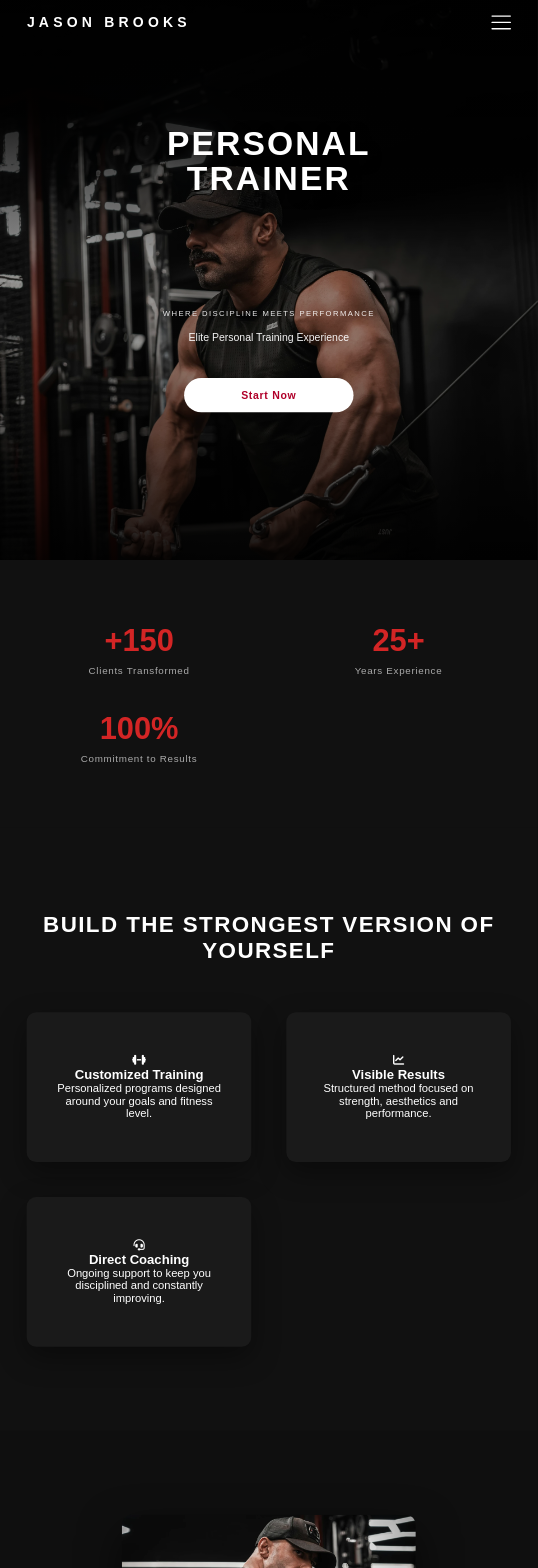
Repository: davidfsillva/Jason-Brooks
Page: index.html
An editor plug-in stored every save of this project. The page is shown before and after a run of saves, followed by the edit.
The browser window is 768 px wide. The pictures show the part of the page from y = 0 to 2240 px (the page is 3913 px tall), at 70% of full size.
Some web fonts or font styles are not loaded; a fallback is used.

Above is the page before, as saved 2026-02-21 17:25:08.

### index.html
<!DOCTYPE html>
<html lang="en">
<head>
    <!-- META SEO -->
    <meta charset="UTF-8">
    <meta name="viewport" content="width=device-width, initial-scale=1.0">

    <title>Axon Performance | Personal Trainer</title>
    <meta name="description" content="Personal trainer focused on performance, aesthetics and real physical transformation. Customized training programs for serious results.">

    <!-- Open Graph -->
    <meta property="og:title" content="Axon Performance | Personal Trainer">
    <meta property="og:description" content="Customized training programs focused on performance and transformation.">
    <meta property="og:type" content="website">
    <meta property="og:image" content="https://yourdomain.com/preview.jpg">

    <!-- Font Awesome (removido duplicado) -->
    <link rel="stylesheet" href="https://cdnjs.cloudflare.com/ajax/libs/font-awesome/6.5.1/css/all.min.css">

    <!-- Canonical -->
    <link rel="canonical" href="https://yourdomain.com/">

    <!-- CSS -->
    <link rel="stylesheet" href="style.css">

    <!-- JS -->
    <script src="script.js" defer></script>
</head>

<body>

    <!-- ================= HEADER ================= -->
    <header class="header">
        <div class="container nav-container">
            <div class="logo">JASON BROOKS </div>

            <nav class="nav" id="nav">
                <a href="#home" class="active">Home</a>
                <a href="#benefits">Benefits</a>
                <a href="#about">About</a>
                <a href="#contact">Contact</a>
            </nav>

            <button
                class="menu-toggle"
                id="menu-toggle"
                aria-label="Toggle navigation menu"
                aria-expanded="false">

                <span class="hamburger">
                    <span></span>
                    <span></span>
                    <span></span>
                </span>

            </button>
        </div>
    </header>

    <!-- ================= HERO ================= -->
    <section class="hero">

        <div class="hero-overlay"></div>

        <div class="hero-content">

            <h1>PERSONAL<br>TRAINER</h1>

            <p class="hero-small">Where Discipline Meets Performance</p>

            <p class="hero-sub">Elite Personal Training Experience</p>
            <a href="#" class="btn-primary">Start Now</a>
        </div>

    </section>

    <!-- ================= STATS ================= -->
    <section class="stats">
        <div class="container stats-grid">
            <div class="stat-item">
                <h3>+150</h3>
                <p>Clients Transformed</p>
            </div>
            <div class="stat-item">
                <h3>25+</h3>
                <p>Years Experience</p>
            </div>
            <div class="stat-item">
                <h3>100%</h3>
                <p>Commitment to Results</p>
            </div>
        </div>
    </section>

    <!-- ================= BENEFITS ================= -->
    <section class="benefits" id="benefits">
        <div class="container">
            <h2 class="section-title fade-in">Build the Strongest Version of Yourself</h2>

            <div class="benefits-grid">

                <div class="benefit-card fade-in">
                    <i class="fa-solid fa-dumbbell"></i>
                    <h3>Customized Training</h3>
                    <p>Personalized programs designed around your goals and fitness level.</p>
                </div>

                <div class="benefit-card fade-in">
                    <i class="fa-solid fa-chart-line"></i>
                    <h3>Visible Results</h3>
                    <p>Structured method focused on strength, aesthetics and performance.</p>
                </div>

                <div class="benefit-card fade-in">
                    <i class="fa-solid fa-headset"></i>
                    <h3>Direct Coaching</h3>
                    <p>Ongoing support to keep you disciplined and constantly improving.</p>
                </div>

            </div>
        </div>
    </section>

    <!-- ================= ABOUT ================= -->
    <section class="about" id="about">
        <div class="container about-container fade-in">

            <div class="about-image">
                <img src="img/hero2.webp" alt="Professional personal trainer coaching client">
            </div>

            <div class="about-text">
                <h2>About Jason Performance</h2>
                <p>
                    Specialist in body transformation and high performance training.
                    My methodology is built on discipline, science and measurable progress.
                </p>
                <p>
                    If you're serious about real, consistent results,
                    this is where your next level begins.
                </p>
                <a href="#contact" class="btn-secondary">Work With Me</a>
            </div>

        </div>
    </section>

    <!-- ================= CTA ================= -->
    <section class="cta" id="contact">
        <div class="container fade-in">
            <h2>Ready to Elevate Your Performance?</h2>
            <p>Fill out the form below and start your transformation today.</p>

            <form id="contact-form" class="contact-form" novalidate>
                <input
                    type="text"
                    id="name"
                    placeholder="Your Name"
                    required
                    aria-label="Your Name">

                <input
                    type="email"
                    id="email"
                    placeholder="Your Email"
                    required
                    aria-label="Your Email">

                <button type="submit" class="btn-primary">
                    Start Now
                </button>

                <p id="form-message" role="alert"></p>
            </form>
        </div>
    </section>

    <!-- ================= FOOTER ================= -->
    <footer class="footer">
        <p>© 2026 Jason Brooks - All Rights Reserved</p>
    </footer>

</body>
</html>

### style.css
/* ================= FONT ================= */
@font-face {
    font-family: 'TT Answer';
    src: url('fonts/TTAnswer-Regular.woff2') format('woff2');
    font-weight: 400;
    font-style: normal;
}

@font-face {
    font-family: 'TT Answer';
    src: url('fonts/TTAnswer-Medium.woff2') format('woff2');
    font-weight: 500;
    font-style: normal;
}

@font-face {
    font-family: 'TT Answer';
    src: url('fonts/TTAnswer-Bold.woff2') format('woff2');
    font-weight: 700;
    font-style: normal;
}


/* ================= DESIGN SYSTEM ================= */
:root {
    --primary: #b0002a;
    --primary-light: #d32525;
    --dark: #0f0f0f;
    --dark-light: #1a1a1a;
    --text: #ffffff;
    --text-muted: #aaaaaa;
    --radius: 14px;
    --transition: 0.3s ease;
}


/* ================= RESET ================= */
* {
    margin: 0;
    padding: 0;
    box-sizing: border-box;
}

body {
    font-family: 'Playfair Display', sans-serif;
    background: var(--dark);
    color: var(--text);
    scroll-behavior: smooth;
    -webkit-font-smoothing: antialiased;

}

.container {
    width: 90%;
    max-width: 1200px;
    margin: auto;
}


/* ================= HEADER ================= */
header {
    position: fixed;
    top: 0;
    left: 0;
    width: 100%;
    padding: 20px 0;
    background: transparent;
    z-index: 10;
    transition: 0.3s ease;

}

.nav-container {
    display: flex;
    justify-content: space-between;
    align-items: center;
}

.logo {
    font-size: 20px;
    font-weight: 700;
    letter-spacing: 6px;
    text-transform: uppercase;
}

/* ================= MENU PILL ================= */
.nav {
    display: flex;
    align-items: center;
    padding: 6px;
    border-radius: 40px;
    background: rgba(255,255,255,0.08);
    backdrop-filter: blur(12px);
    border: 1px solid rgba(255,255,255,0.15);
}

.nav a {
    text-decoration: none;
    color: white;
    font-size: 13px;
    font-weight: 500;
    padding: 8px 18px;
    border-radius: 30px;
    transition: 0.3s ease;
}

.nav a.active {
    background: rgba(255, 255, 255, 0.185);
    color: white;
}

.nav a:hover {
    color: var(--primary-light);
}

.menu-toggle {
    display: none;
    font-size: 26px;
    cursor: pointer;
}

.header.scrolled {
    background: rgba(0,0,0,0.85);
    padding: 15px 0;
}

/* ================= HAMBURGER PREMIUM ================= */

.menu-toggle {
    background: none;
    border: none;
    cursor: pointer;
    display: none;
    z-index: 1100;
}

.hamburger {
    width: 28px;
    height: 20px;
    position: relative;
    display: flex;
    flex-direction: column;
    justify-content: space-between;
    transition: 0.4s ease;
}

.hamburger span {
    height: 2px;
    width: 100%;
    background: var(--text);
    border-radius: 2px;
    transition: 0.4s ease;
    transform-origin: center;
}

/* ================= ANIMAÇÃO ATIVO ================= */

.menu-toggle.active .hamburger {
    transform: rotate(180deg);
}

.menu-toggle.active .hamburger span:nth-child(1) {
    transform: translateY(9px) rotate(45deg);
}

.menu-toggle.active .hamburger span:nth-child(2) {
    opacity: 0;
}

.menu-toggle.active .hamburger span:nth-child(3) {
    transform: translateY(-9px) rotate(-45deg);
}



/* ================= HERO ================= */
.hero {
    min-height: 100vh;
    width: 100%;
    position: relative;
    display: flex;
    align-items: center;
    justify-content: flex-start; /* joga conteúdo para esquerda */
    padding: 0 8%;
    overflow: hidden;

    background: url("img/herodes2.webp") right center / cover no-repeat;
}

.hero-overlay {
    position: absolute;
    inset: 0;
    z-index: 1;

    background:
        linear-gradient(
            90deg,
            rgba(0,0,0,0.85) 0%,
            rgba(0,0,0,0.75) 35%,
            rgba(0,0,0,0.4) 60%,
            rgba(0,0,0,0.1) 80%,
            rgba(0,0,0,0) 100%
        );
}

.hero-content {
    position: relative;
    z-index: 2;
    max-width: 600px;
    text-align: left;
}

.hero-content h1 {
    font-size: 85px;
    line-height: 1.05;
}

.hero-small {
    font-size: 13px;
    letter-spacing: 3px;
    text-transform: uppercase;
    margin-bottom: 15px;
    opacity: 0.8;
}

.hero-content h1 {
    font-size: 80px;
    line-height: 1.1;
}

.hero-sub {
    margin: 25px 0;
    font-size: 15px;
    font-weight: 400;
    opacity: 0.9;
}

.hero-image-side {
    flex: 1;
    display: flex;
    justify-content: flex-end;
    align-items: center; /* centraliza verticalmente */
    padding-right: 70px;
}

.hero-image-side img {
    width: 95%;
    max-width: 480px;

    -webkit-mask-image: linear-gradient(
        135deg,
        transparent 0%,
        black 40%,
        black 60%,
        transparent 100%
    );

    mask-image: linear-gradient(
        135deg,
        transparent 0%,
        black 40%,
        black 60%,
        transparent 100%
    );
}




/* ================= BUTTONS ================= */
.btn-primary {
    display: inline-block;
    padding: 14px 36px;
    background: var(--text);
    color: var(--primary);
    text-decoration: none;
    font-weight: 600;
    border-radius: 30px;
    letter-spacing: 1px;
    transition: var(--transition);
}

.btn-primary:hover {
    background: var(--primary-light);
    color: white;
    transform: translateY(-3px);
}

.btn-secondary {
    display: inline-block;
    margin-top: 20px;
    padding: 12px 30px;
    border: 2px solid var(--primary);
    color: var(--primary);
    text-decoration: none;
    border-radius: 30px;
    font-weight: 500;
    transition: var(--transition);
}

.btn-secondary:hover {
    background: var(--primary);
    color: white;
}


/* ================= STATS ================= */
.stats {
    background: #111;
    padding: 90px 0;
    text-align: center;
}

.stats-grid {
    display: grid;
    grid-template-columns: repeat(auto-fit, minmax(200px, 1fr));
    gap: 50px;
}

.stat-item h3 {
    font-size: 44px;
    font-weight: 700;
    color: var(--primary-light);
}

.stat-item p {
    margin-top: 10px;
    font-size: 14px;
    color: var(--text-muted);
    letter-spacing: 1px;
}


/* ================= BENEFITS ================= */
.benefits {
    padding: 120px 0;
    background: #111;
    text-align: center;
}

.section-title {
    margin-bottom: 70px;
    font-size: 32px;
    font-weight: 700;
    letter-spacing: 2px;
    text-transform: uppercase;
}

.benefits-grid {
    display: grid;
    grid-template-columns: repeat(auto-fit, minmax(260px, 1fr));
    gap: 50px;
}

.benefit-card {
    background: var(--dark-light);
    padding: 60px 35px;
    border-radius: var(--radius);
    transition: var(--transition);
    box-shadow: 0 15px 40px rgba(0,0,0,0.4);
}

.benefit-card:hover {
    transform: translateY(-10px);
    background: #222;
}

.icon {
    font-size: 32px;
    color: var(--primary-light);
    margin-bottom: 25px;
    transition: 0.3s ease;
}

.benefit-card:hover .icon {
    transform: scale(1.15);
    color: white;
}


/* ================= ABOUT ================= */
.about {
    padding: 120px 0;
    background: var(--dark);
}

.about-container {
    display: flex;
    gap: 70px;
    align-items: center;
    flex-wrap: wrap;
}

.about-image img {
    width: 100%;
    max-width: 420px;
    border-radius: var(--radius);
    box-shadow: 0 25px 60px rgba(0,0,0,0.6);
}

.about-text {
    flex: 1;
}

.about h2 {
    margin-bottom: 25px;
    font-weight: 700;
}

.about p {
    margin-bottom: 18px;
    line-height: 1.7;
    font-size: 15px;
    color: var(--text-muted);
}


/* ================= CTA PREMIUM ================= */
.cta {
    padding: 140px 0;
    background: radial-gradient(circle at top left, rgba(255,0,80,0.25), transparent 60%),
                linear-gradient(120deg, #5a0015, #b0002a);
    text-align: center;
    position: relative;
}

.cta h2 {
    font-size: 36px;
    margin-bottom: 15px;
    letter-spacing: 2px;
    text-transform: uppercase;
}

.cta p {
    color: rgba(255,255,255,0.8);
    margin-bottom: 40px;
    font-size: 15px;
}

/* Card do formulário */
.contact-form {
    background: rgba(255,255,255,0.06);
    backdrop-filter: blur(18px);
    padding: 45px 35px;
    border-radius: 20px;
    display: flex;
    flex-direction: column;
    gap: 18px;
    max-width: 420px;
    margin: auto;
    box-shadow: 0 30px 60px rgba(0,0,0,0.5);
    border: 1px solid rgba(255,255,255,0.08);
}

/* Inputs */
.contact-form input {
    padding: 16px 20px;
    border-radius: 30px;
    border: 1px solid rgba(255,255,255,0.15);
    background: rgba(0,0,0,0.4);
    color: white;
    font-family: 'TT Answer', sans-serif;
    font-size: 14px;
    transition: 0.3s ease;
}

.contact-form input::placeholder {
    color: rgba(255,255,255,0.5);
}

.contact-form input:focus {
    border-color: var(--primary-light);
    box-shadow: 0 0 0 3px rgba(255,45,85,0.2);
    outline: none;
}

/* Botão */
.contact-form button {
    padding: 15px;
    border-radius: 30px;
    border: none;
    background: white;
    color: var(--primary);
    font-weight: 600;
    letter-spacing: 1px;
    cursor: pointer;
    transition: 0.3s ease;
}

.contact-form button:hover {
    background: var(--primary-light);
    color: white;
    transform: translateY(-3px);
    box-shadow: 0 10px 25px rgba(0,0,0,0.4);
}

/* Mensagem */
#form-message {
    margin-top: 12px;
    font-size: 14px;
    color: #ffffffcc;
}


/* ================= FOOTER ================= */
.footer {
    text-align: center;
    padding: 30px;
    background: #000;
    font-size: 13px;
    letter-spacing: 1px;
    color: var(--text-muted);
}


/* ================= ANIMATION ================= */
.fade-in {
    opacity: 0;
    transform: translateY(30px);
    transition: 0.8s ease;
}

.fade-in.visible {
    opacity: 1;
    transform: translateY(0);
}

section {
    scroll-margin-top: 120px;
}


/* ================= RESPONSIVE ================= */

@media (max-width: 768px) {

    /* ===== HERO ESTRUTURA ===== */
    .hero {
        position: relative;
        display: flex;
        flex-direction: column;
        justify-content: center;   /* CENTRALIZA VERTICAL */
        align-items: center;       /* CENTRALIZA HORIZONTAL */
        min-height: 100vh;
        padding: 0 20px;
        text-align: center;
        background: url("img/heromobile.webp") center 35% / cover no-repeat;
    }

    /* ===== FADE PROFISSIONAL CINEMATOGRÁFICO ===== */
    .hero-overlay {
        position: absolute;
        inset: 0;
        background: linear-gradient(
            180deg,
            rgba(0,0,0,0.95) 0%,
            rgba(0,0,0,0.85) 20%,
            rgba(0,0,0,0.35) 45%,
            rgba(0,0,0,0.35) 65%,
            rgba(0,0,0,0.9) 100%
        );
        z-index: 1;
    }

    .hero-content {
        position: relative;
        z-index: 2;
        display: flex;
        flex-direction: column;
        align-items: center;
        justify-content: center;
        gap: 20px;
    }

    /* ===== PERSONAL TRAINER (TOPO) ===== */
    .hero-content h1 {
        font-size: 48px;
        line-height: 1.05;
        letter-spacing: 3px;
        margin-top: -170px;
        text-shadow: 0 5px 20px rgba(0,0,0,0.6);
        text-align: center;
    }

    /* ===== PARTE INFERIOR ===== */
    .hero-small {
        font-size: 11px;
        letter-spacing: 2px;
        margin-bottom: -25px;
        opacity: 0.9;
        text-align: center;
    }

    .hero-small,
    .hero-sub,
    .btn-primary {
        transform: translateY(140px);
}

    .hero-sub {
        font-size: 15px;
        margin-bottom: 30px;
        opacity: 0.95;
                text-align: center;

    }

    /* ===== BOTÃO MAIS LARGO ===== */
    .btn-primary {
        width: 80%;
        max-width: 300px;
        padding: 16px 0;
        font-size: 15px;
        border-radius: 40px;
        text-align: center;
    }

    /* ===== MENU MOBILE ===== */
    .nav {
        position: absolute;
        top: 80px;
        right: 0;
        background: black;
        flex-direction: column;
        width: 220px;
        padding: 25px;
        display: none;
    }

    .nav.active {
        display: flex;
    }

    .menu-toggle {
        display: block;
    }

    /* ===== ABOUT RESPONSIVO ===== */
    .about-container {
        flex-direction: column;
        text-align: center;
    }
}

### script.js
// ================= MENU MOBILE =================
const toggle = document.getElementById("menu-toggle");
const nav = document.getElementById("nav");
const icon = toggle.querySelector("i");

toggle.addEventListener("click", () => {

    const isActive = nav.classList.toggle("active");

    toggle.classList.toggle("active");
    toggle.setAttribute("aria-expanded", isActive);

    // Troca ícone
    if (isActive) {
        icon.classList.remove("fa-bars");
        icon.classList.add("fa-xmark");
    } else {
        icon.classList.remove("fa-xmark");
        icon.classList.add("fa-bars");
    }
});

// ================= HEADER SCROLL EFFECT =================
const header = document.querySelector(".header");

if (header) {
    window.addEventListener("scroll", () => {
        header.classList.toggle("scrolled", window.scrollY > 50);
    });
}


/*
IMPORTANTE:
Adicione isso no CSS:

.header.scrolled {
    background: rgba(0,0,0,0.85);
    padding: 15px 0;
}
*/


// ================= SCROLL REVEAL =================
const faders = document.querySelectorAll(".fade-in");

if ("IntersectionObserver" in window && faders.length > 0) {

    const appearOptions = {
        threshold: 0.15,
        rootMargin: "0px 0px -50px 0px"
    };

    const appearOnScroll = new IntersectionObserver((entries, observer) => {
        entries.forEach(entry => {

            if (!entry.isIntersecting) return;

            entry.target.classList.add("visible");
            observer.unobserve(entry.target);

        });
    }, appearOptions);

    faders.forEach((el, index) => {
        el.style.transitionDelay = `${index * 0.1}s`;
        appearOnScroll.observe(el);
    });
}


// ================= FORM VALIDATION =================
const form = document.getElementById("contact-form");
const message = document.getElementById("form-message");

if (form && message) {

    form.addEventListener("submit", function(e){
        e.preventDefault();

        const name = document.getElementById("name").value.trim();
        const email = document.getElementById("email").value.trim();

        const emailRegex = /^[^\s@]+@[^\s@]+\.[^\s@]+$/;

        if (name.length < 3) {
            message.textContent = "Please enter a valid name (min. 3 characters).";
            message.style.color = "yellow";
            return;
        }

        if (!emailRegex.test(email)) {
            message.textContent = "Please enter a valid email address.";
            message.style.color = "yellow";
            return;
        }

        message.textContent = "Message sent successfully!";
        message.style.color = "lightgreen";

        form.reset();
    });
}

const sections = document.querySelectorAll("section");
const navLinks = document.querySelectorAll(".nav a");

window.addEventListener("scroll", () => {
  let current = "";

  sections.forEach(section => {
    const sectionTop = section.offsetTop - 150;
    if (scrollY >= sectionTop) {
      current = section.getAttribute("id");
    }
  });

  navLinks.forEach(link => {
    link.classList.remove("active");
    if (link.getAttribute("href") === "#" + current) {
      link.classList.add("active");
    }
  });
});

After the next 3 saves:
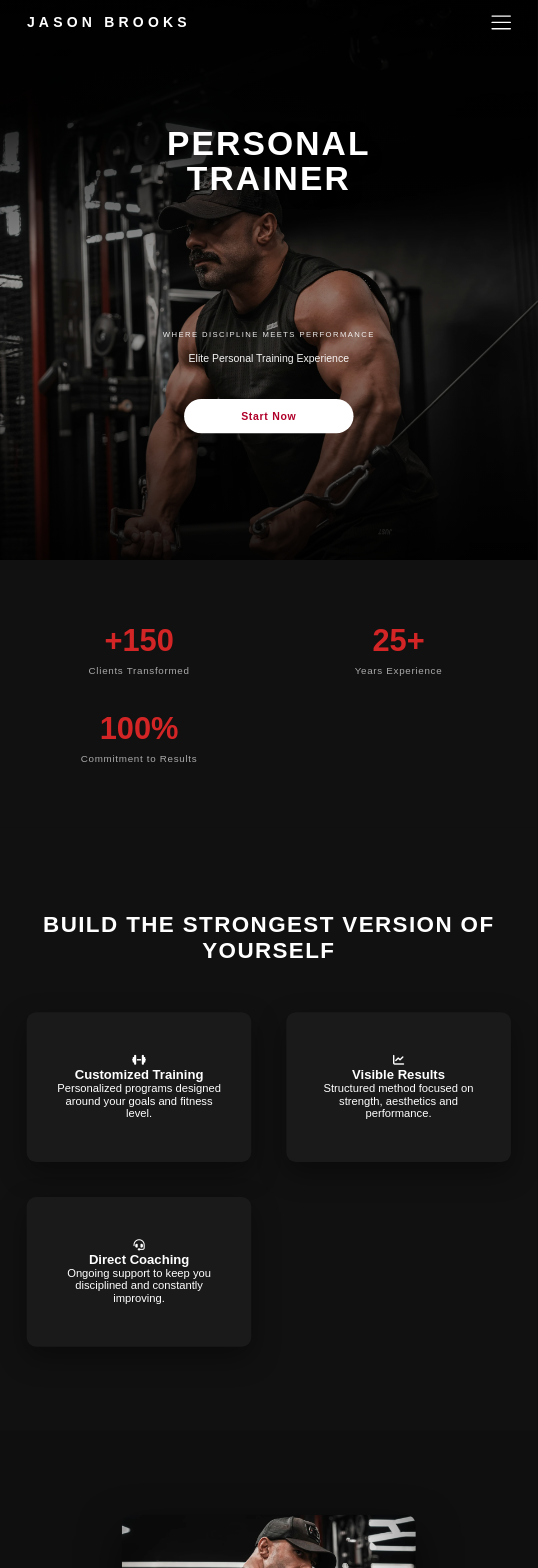
The 3 saves are shown as one change because they came seconds apart.
The last was saved 10 s later.
--- a/style.css
+++ b/style.css
@@ -594,7 +594,7 @@ section {
     .hero-small,
     .hero-sub,
     .btn-primary {
-        transform: translateY(140px);
+        transform: translateY(170px);
 }
 
     .hero-sub {
